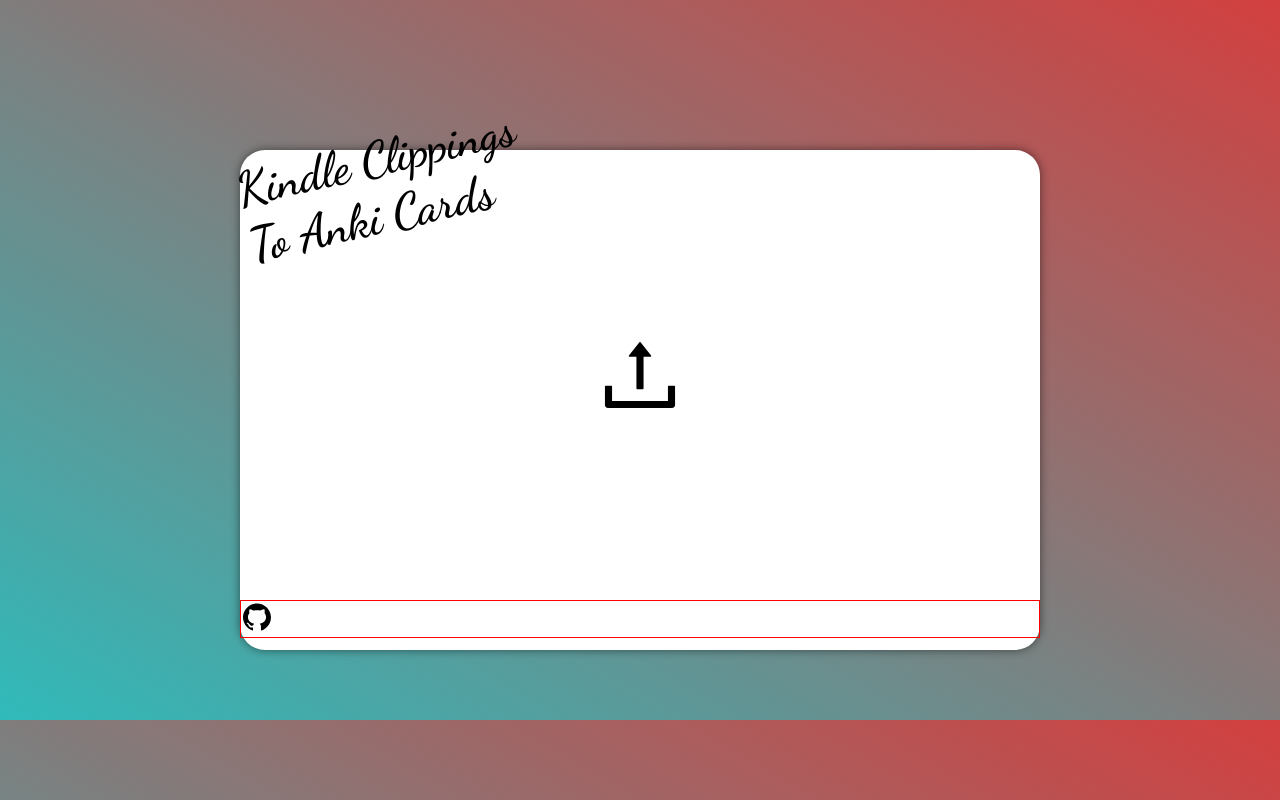
Repository: Lewisjohnward/kindle-clippings-to-cards
Page: /
The author's editor kept a copy of each file at every save. The page is drawn from the files as they stood at one save, then again after the next save.
The browser window is 1280 px wide. The pictures show the whole page.
Backgrounds fixed to the window are drawn as part of the page. The project was rebuilt for these pictures with package versions that can differ from the ones it lists, and the page was loaded fresh each time.

Above is the page before, as saved 2021-10-29 13:05:04.

### public/index.html
<!DOCTYPE html>
<html lang="en">
  <head>
    <meta charset="utf-8" />
    <link rel="icon" href="%PUBLIC_URL%/favicon.ico" />
    <meta name="viewport" content="width=device-width, initial-scale=1" />
    <meta name="theme-color" content="#000000" />
    <meta
      name="description"
      content="Web site created using create-react-app"
    />
    <link rel="apple-touch-icon" href="%PUBLIC_URL%/logo192.png" />
    <!--
      manifest.json provides metadata used when your web app is installed on a
      user's mobile device or desktop. See https://developers.google.com/web/fundamentals/web-app-manifest/
    -->
    <link rel="manifest" href="%PUBLIC_URL%/manifest.json" />
    <link rel="preconnect" href="https://fonts.googleapis.com">
<link rel="preconnect" href="https://fonts.gstatic.com" crossorigin>
<link href="https://fonts.googleapis.com/css2?family=Dancing+Script:wght@600&display=swap" rel="stylesheet">
    <!--
      Notice the use of %PUBLIC_URL% in the tags above.
      It will be replaced with the URL of the `public` folder during the build.
      Only files inside the `public` folder can be referenced from the HTML.

      Unlike "/favicon.ico" or "favicon.ico", "%PUBLIC_URL%/favicon.ico" will
      work correctly both with client-side routing and a non-root public URL.
      Learn how to configure a non-root public URL by running `npm run build`.
    -->
    <title>React App</title>
  </head>
  <body>
    <noscript>You need to enable JavaScript to run this app.</noscript>
    <div id="root"></div>
    <!--
      This HTML file is a template.
      If you open it directly in the browser, you will see an empty page.

      You can add webfonts, meta tags, or analytics to this file.
      The build step will place the bundled scripts into the <body> tag.

      To begin the development, run `npm start` or `yarn start`.
      To create a production bundle, use `npm run build` or `yarn build`.
    -->
  </body>
</html>

### src/index.js
import React from "react"
import ReactDOM from "react-dom"
import App from "./App"
ReactDOM.render(<App />, document.getElementById('root'))

### src/App.js
import { useRef } from "react";
import styled, { createGlobalStyle } from "styled-components";
import { AiOutlineUpload, AiFillGithub } from "react-icons/ai";

const GlobalStyle = createGlobalStyle`
body,
html {
  height: 100%;
}
    body{
        height: 100%;
        margin: 0;
        padding: 0;
        background-repeat: no-repeat;
        background-attachment: fixed;
        background-image: linear-gradient(
            30deg,
            rgb(48, 186, 186),
            rgb(211, 63, 63)
        );

    }
`;

const Frame = styled.div`
  display: flex;
  align-items: center;
  justify-content: center;
  height: 800px;
`;

const MainContainer = styled.div`
  position: relative;
  width: 800px;
  height: 500px;
  border-radius: 25px;
  background: white;
  box-shadow: 0px 0px 10px 0px rgba(0, 0, 0, 0.5);
`;
const TitleContainer = styled.div`
  position: absolute;
  top: -4%;
  transform: rotate(-13deg);
  font-family: "Dancing Script", cursive;
  font-size: 3rem;
`;
const Title = styled.p`
  margin: 0;
  padding: 0;
`;

const CenterContainer = styled.div`
  display: flex;
  justify-content: center;
  align-items: center;
  height: 90%;
`;

const UploadIcon = styled(AiOutlineUpload)`
  font-size: 6em;
  color: black;
  cursor: pointer;

  &:hover {
    transform: scale(1.05);
    text-shadow: 0px 0px 10px rgba(0, 0, 0, 0.2);
  }
`;

const ExternalLinkContainer = styled.div`
  text-align: left;
  border: 1px solid red;
`

const GithubIcon = styled(AiFillGithub)`
  font-size: 2em;
  color: black;
  cursor: pointer;

  &:hover {
    transform: scale(1.05);
    text-shadow: 0px 0px 10px rgba(0, 0, 0, 0.2);
  }
`;

const Input = styled.input.attrs({
  type: "file",
})`
  display: none;
`;

const App = () => {
  const inputFile = useRef(null);

  const onButtonClick = () => {
    // `current` points to the mounted file input element
    inputFile.current.click();
  };

  return (
    <>
      <GlobalStyle />
      <Frame>
        <MainContainer>
          <TitleContainer>
            <Title>Kindle Clippings</Title>
            <Title>To Anki Cards</Title>
          </TitleContainer>
          <CenterContainer>
            <UploadIcon onClick={onButtonClick} />
            <Input ref={inputFile} />
          </CenterContainer>
          <ExternalLinkContainer>
            <GithubIcon />
          </ExternalLinkContainer>
        </MainContainer>
      </Frame>
    </>
  );
};

export default App;

After the next save:
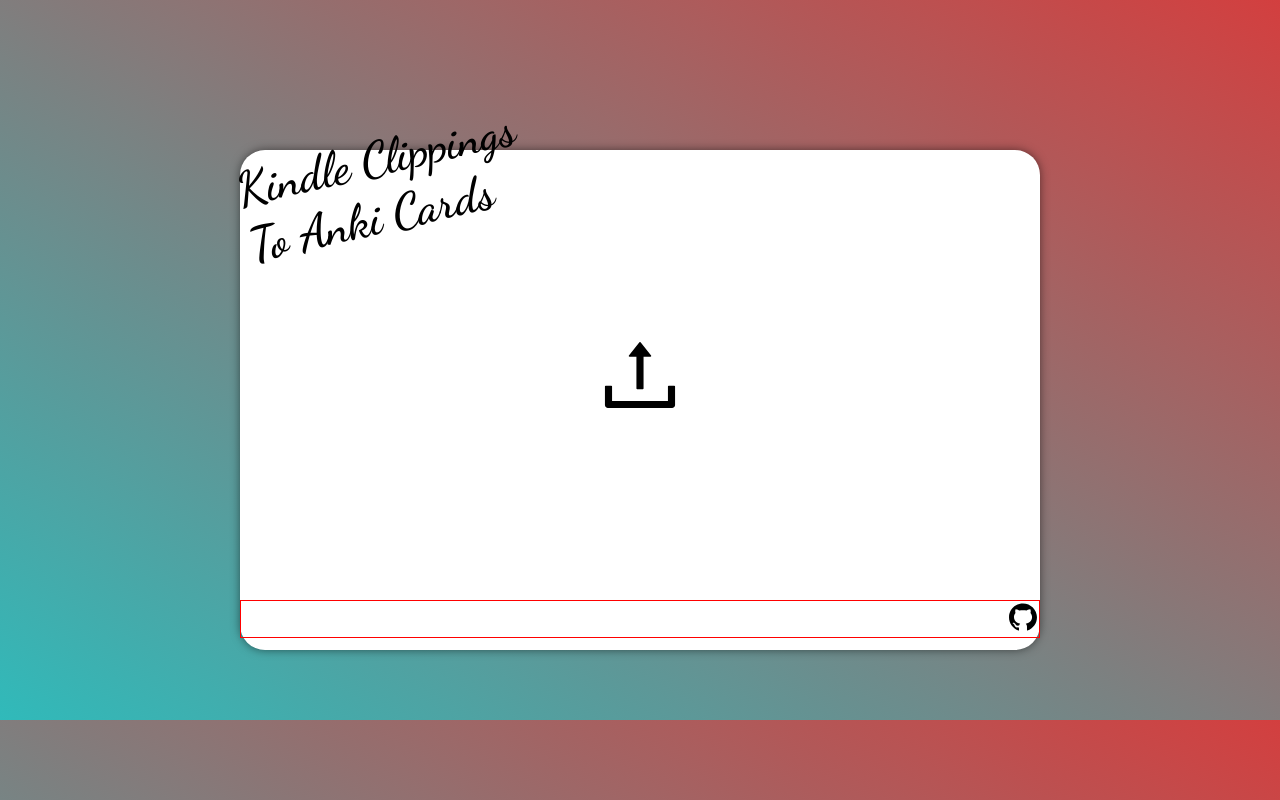
Saved 4 s later.
--- a/src/App.js
+++ b/src/App.js
@@ -68,7 +68,7 @@
 `;
 
 const ExternalLinkContainer = styled.div`
-  text-align: left;
+  text-align: right;;
   border: 1px solid red;
 `
 
